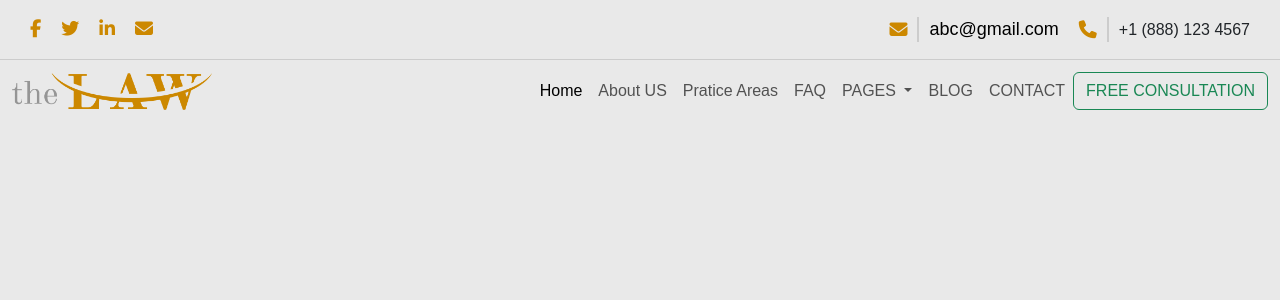
Repository: arehmanraza/lawyer_website
Page: Pages/index.html
The author's editor kept a copy of each file at every save. The page is drawn from the files as they stood at one save, then again after the next save.
The browser window is 1280 px wide. The pictures show the whole page.
Some web libraries are served in a nearby version.

Above is the page before, as saved 2024-05-22 01:46:30.

### Pages/index.html
<!DOCTYPE html>
<html lang="en">
  <head>
    <meta charset="utf-8" />
    <meta name="viewport" content="width=device-width, initial-scale=1" />
    <title>The Lawyer</title>
    <link
      rel="stylesheet"
      href="https://pro.fontawesome.com/releases/v5.10.0/css/all.css"
      integrity="sha384-AYmEC3Yw5cVb3ZcuHtOA93w35dYTsvhLPVnYs9eStHfGJvOvKxVfELGroGkvsg+p"
      crossorigin="anonymous"
    />
    <link rel="stylesheet" href="/Styling/style.css" />
    <link
      rel="stylesheet"
      href="https://cdnjs.cloudflare.com/ajax/libs/font-awesome/6.5.2/css/all.min.css"
      integrity="sha512-SnH5WK+bZxgPHs44uWIX+LLJAJ9/2PkPKZ5QiAj6Ta86w+fsb2TkcmfRyVX3pBnMFcV7oQPJkl9QevSCWr3W6A=="
      crossorigin="anonymous"
      referrerpolicy="no-referrer"
    />
    <link
      href="https://cdn.jsdelivr.net/npm/bootstrap@5.3.3/dist/css/bootstrap.min.css"
      rel="stylesheet"
      integrity="sha384-QWTKZyjpPEjISv5WaRU9OFeRpok6YctnYmDr5pNlyT2bRjXh0JMhjY6hW+ALEwIH"
      crossorigin="anonymous"
    />
  </head>
  <body>
    <div class="main-container">


      <!-- ---------------head_top_container start ------------------  -->




      <div class="head_top">
        <div class="head_top_left">
          <ul>
            <li>
              <i class="icon2 fa-brands fa-facebook-f"></i>
            </li>
            <li>
              <i class="icon2 fa-brands fa-twitter"></i>
            </li>
            <li>
              <i class="icon2 fa-brands fa-linkedin-in"></i>
            </li>
            <li>
              <i class="icon2 fa-solid fa-envelope"></i>
            </li>
          </ul>
        </div>
        <div class="head_top_right">
          <ul>
            <li>
              <i class="icon2 fa-solid fa-envelope"></i>
              <p class="border1"></p>
              <span><a class="phoneno" href = "mailto: a.rehman78766@gmail.com">abc@gmail.com</a></span>
            </li>
            <li>
              <i class="icon2 fa-solid fa-phone"></i>
              <p class="border1"></p>
              <span>+1 (888) 123 4567</span>
            </li>

          </ul>
        </div>
      </div>
      <!-- ---------------head_top_container end ------------------  -->






      <!-- ---------------Navbar_container start ------------------  -->


      <nav class="navbar navbar-expand-lg ">
        <div class="container-fluid">
          <a class="navbar-brand" href="#"><img src="/Images/logo.png"  width="200px"></a>
          <button class="navbar-toggler" type="button" data-bs-toggle="collapse" data-bs-target="#navbarSupportedContent" aria-controls="navbarSupportedContent" aria-expanded="false" aria-label="Toggle navigation">
            <span class="navbar-toggler-icon"></span>
          </button>
          <div class="collapse navbar-collapse" id="navbarSupportedContent">
            <ul class="navbar-nav ms-auto mb-2 mb-lg-0">
              <li class="nav-item">
                <a class="nav-link active" aria-current="page" href="#">Home</a>
              </li>
              <li class="nav-item">
                <a class="nav-link" href="#">About US</a>
              </li>
              <li class="nav-item">
                <a class="nav-link" href="#">Pratice Areas</a>
              </li>
              <li class="nav-item">
                <a class="nav-link" href="#">FAQ</a>
              </li>

              <li class="nav-item dropdown">
                <a class="nav-link dropdown-toggle" href="#" role="button" data-bs-toggle="dropdown" aria-expanded="false">
                  PAGES
                </a>
                <ul class="dropdown-menu">
                  <li><a class="dropdown-item" href="#">SHOP</a></li>
                  <li><a class="dropdown-item" href="#">ABOUT 2</a></li>
                  <li><a class="dropdown-item" href="#">CONTACT 2</a></li>
                </ul>
              </li>
              <li class="nav-item">
                <a class="nav-link" href="#">BLOG</a>
              </li>
              <li class="nav-item">
                <a class="nav-link" href="#">CONTACT</a>
              </li>
            </ul>
            <form class="d-flex" >

              <button class="btn btn-outline-success" type="submit">FREE CONSULTATION</button>
            </form>
          </div>
        </div>
      </nav>





      <!-- ---------------Navbar_container end ------------------  -->





    </div>
    <script
      src="https://cdn.jsdelivr.net/npm/bootstrap@5.3.3/dist/js/bootstrap.bundle.min.js"
      integrity="sha384-YvpcrYf0tY3lHB60NNkmXc5s9fDVZLESaAA55NDzOxhy9GkcIdslK1eN7N6jIeHz"
      crossorigin="anonymous"
    ></script>
  </body>
</html>

### Styling/style.css
*{
    margin: 0;
    padding: 0;
    box-sizing: border-box;
    font-family: Arial, Helvetica, sans-serif, "Montserrat";
}
.main-container{
    background-color: #e9e9e9;
    width: 100%;
    height: 100vh;
    padding: 0px;
}

.head_top {
    width: 100%;
    height: 60px;
    display: flex;
    justify-content: space-between;
    align-items: center; /* Center items vertically */
    border-bottom: 1px solid #ccc;
    padding: 0px 20px;
}

.head_top_left {
    width: 50%;
    display: flex; /* Ensure the left container is also using flexbox */
    align-items: center; /* Center items vertically */
}
.head_top_left ul {
    display: flex;
    list-style: none;
    padding: 0;
    margin: 0;
}
.head_top_left ul li{
    padding: 0px 10px;
}
.head_top_right{
    display: flex;
    align-items: center;
    width: 50%;
}
.head_top_right ul{
    display: flex;
    list-style: none;
    padding: 0;
    margin: 0px 0px 0px auto;

}
.head_top_right ul li{
    padding: 0px 10px;
    display: flex;
    align-items: center;
}
.border1{
    border-left: 2px solid #ccc;

    height: 25px;
    margin: 0px 10px;
}
.icon2{
    color:  #cc8800;
  font-size: large;
}
.phoneno{
    color: black;
    font-size: 18px;
    font-weight: 500;
    text-decoration: none
}

After the next save:
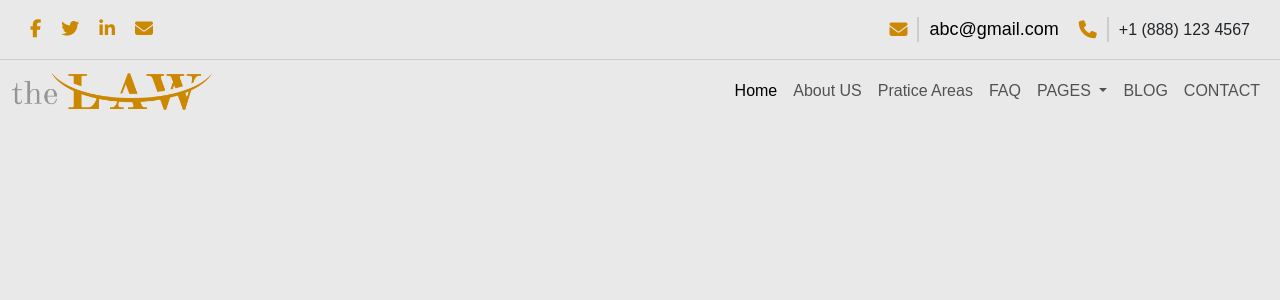
Saved 99 s later.
--- a/Pages/index.html
+++ b/Pages/index.html
@@ -115,10 +115,7 @@
                 <a class="nav-link" href="#">CONTACT</a>
               </li>
             </ul>
-            <form class="d-flex" >
 
-              <button class="btn btn-outline-success" type="submit">FREE CONSULTATION</button>
-            </form>
           </div>
         </div>
       </nav>
